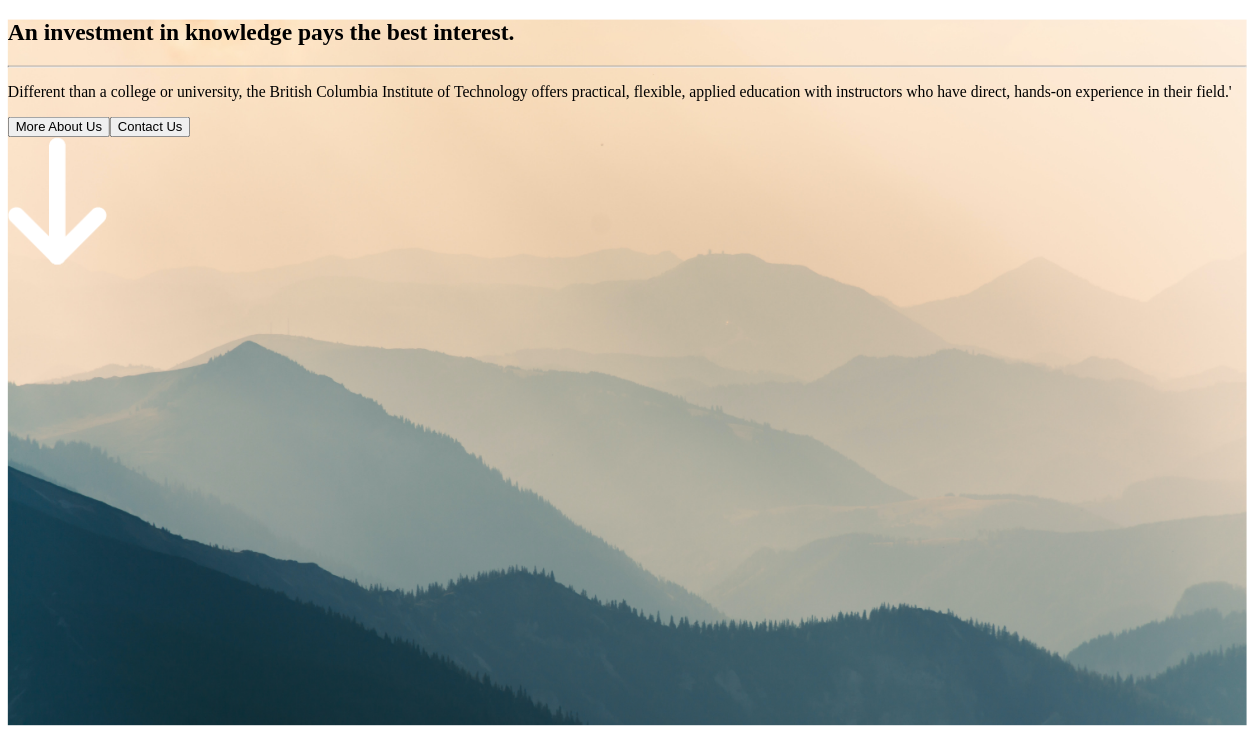
Repository: sierralaurent/MDIA2109-Assignment01
Page: /
The author's editor kept a copy of each file at every save. The page is drawn from the files as they stood at one save, then again after the next save.
The browser window is 1280 px wide. The pictures show the whole page, at 98% of full size.
The project was rebuilt for these pictures with package versions that can differ from the ones it lists, and the page was loaded fresh each time. The framework's server and built-in components were replaced by stand-ins that run in the browser. Also part of the build but not shown: next.config.js.

Above is the page before, as saved 2023-02-01 15:57:24.

After the next save:
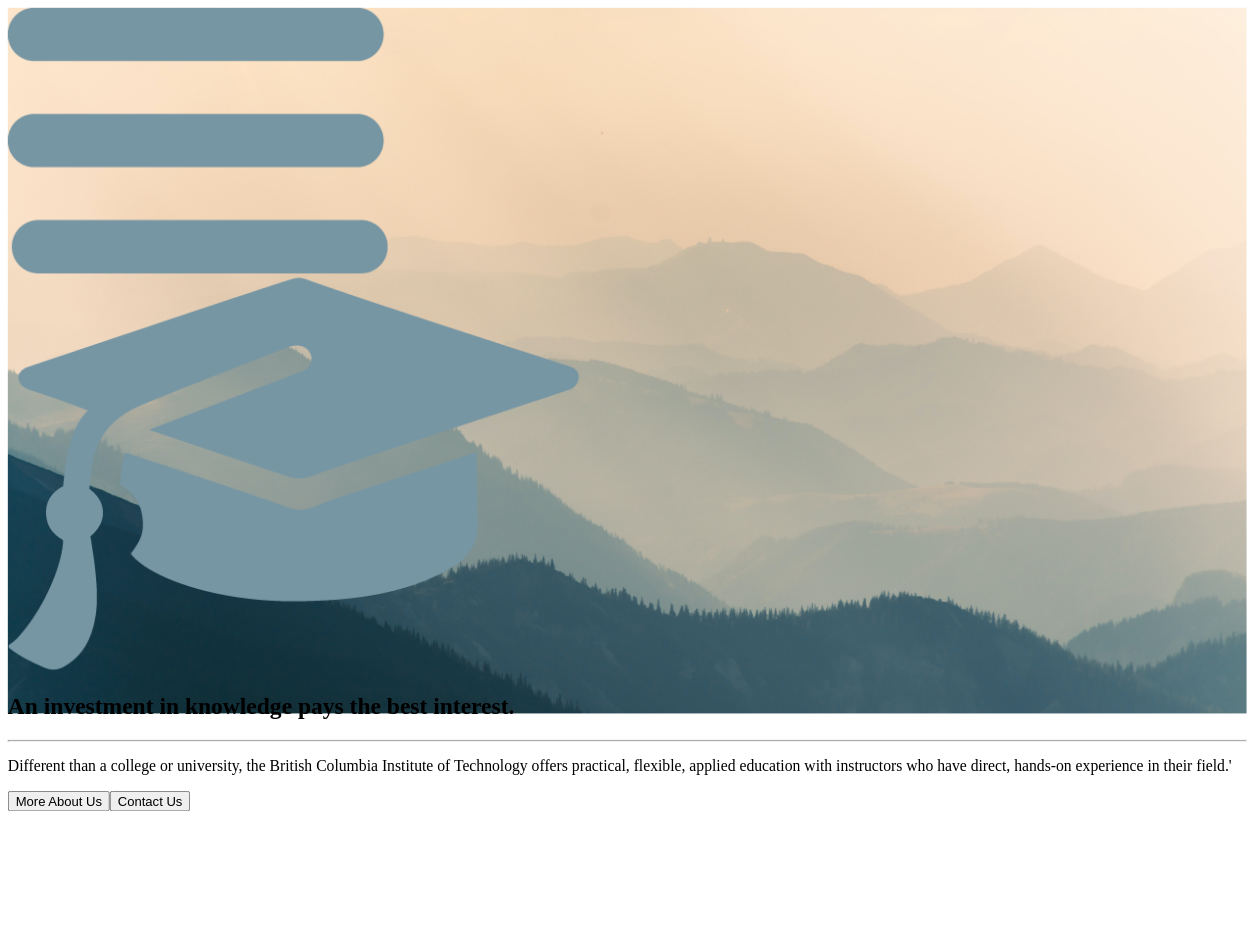
Saved 5 min 29 s later.
--- a/pages/index.js
+++ b/pages/index.js
@@ -18,6 +18,10 @@ export default function Home() {
         <link rel="icon" href="/favicon.png" />
         </Head>
         <main className={styles.main} >
+          <div>
+            <div><img src="icons/menu-icon.png"/></div>
+            <div><img src="icons/graduation-hat.png"/></div>
+          </div>
           <div>
             <div className={styles.intro}>
             <h1>An investment in knowledge pays the best interest.</h1>
